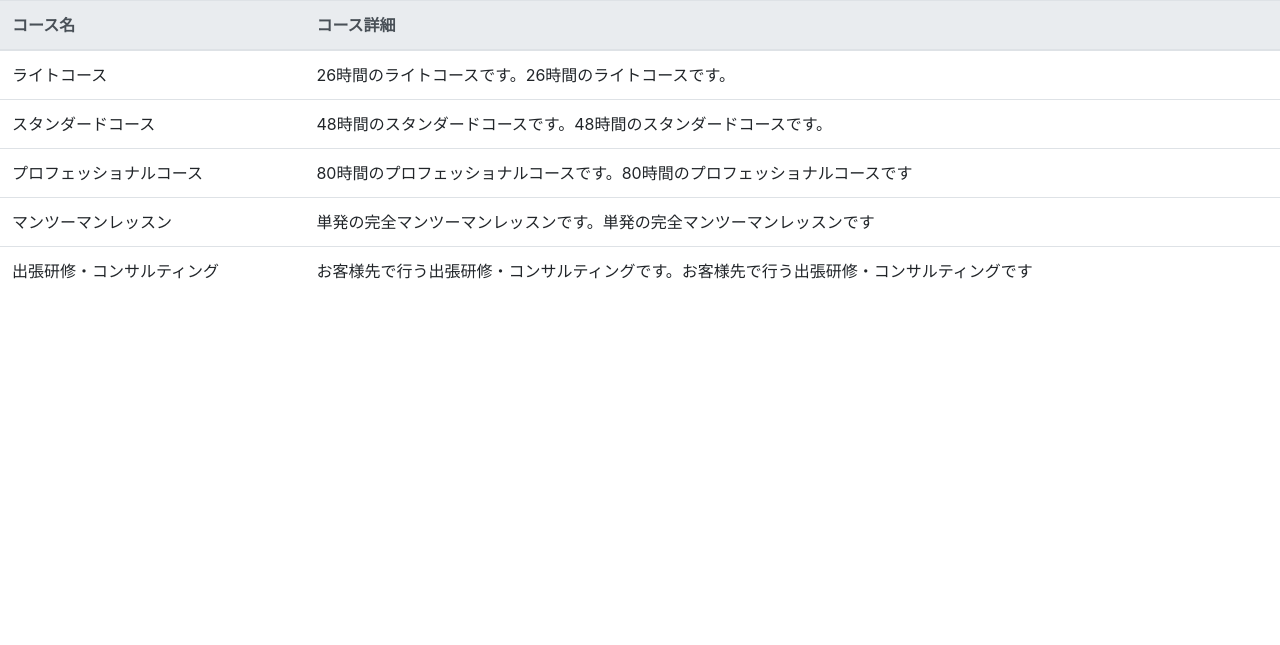
Repository: DaisukeSaito-SAI/bootstrap4_test
Page: index.html
The author's editor kept a record of every edit. The page is drawn from the files as they stood at one moment, then again after the next edit.
The browser window is 1280 px wide. The pictures show the whole page.

Above is the page before.

After the next edit:
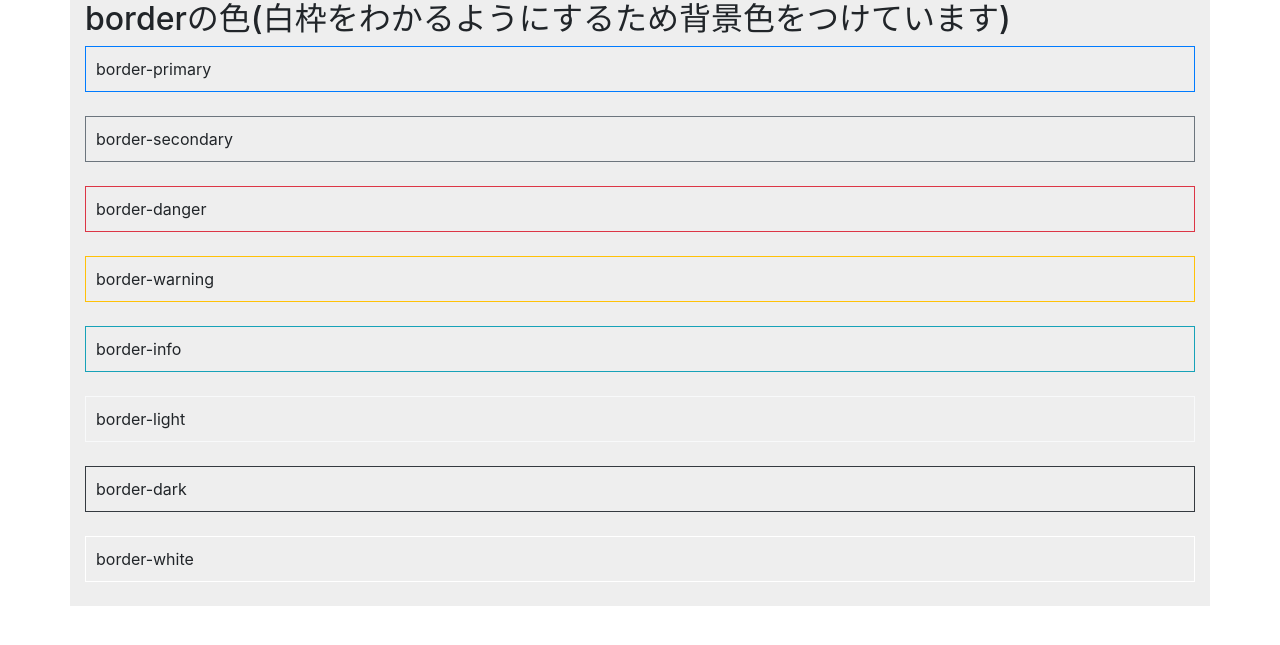
The edit:
--- a/index.html
+++ b/index.html
@@ -22,19 +22,26 @@
    </style>
  </head>
  <body>
-<table class="table">
-    <thead class="thead-light">
-      <tr>
-        <th>コース名</th>
-        <th>コース詳細</th>
-      </tr>
-    </thead>
-    <tbody>
-      <tr><td>ライトコース</td><td class="text-nowrap">26時間のライトコースです。26時間のライトコースです。</td></tr>
-      <tr><td>スタンダードコース</td><td>48時間のスタンダードコースです。48時間のスタンダードコースです。</td></tr>
-      <tr><td>プロフェッショナルコース</td><td>80時間のプロフェッショナルコースです。80時間のプロフェッショナルコースです</td></tr>
-      <tr><td>マンツーマンレッスン</td><td>単発の完全マンツーマンレッスンです。単発の完全マンツーマンレッスンです</td></tr>
-      <tr><td>出張研修・コンサルティング</td><td>お客様先で行う出張研修・コンサルティングです。お客様先で行う出張研修・コンサルティングです</td></tr>
-    </tbody>
-  </table>
+
+<div class="container" style="background:#eeeeee;">
+<h2>borderの色(白枠をわかるようにするため背景色をつけています)</h2>
+<div class="border border-primary" style="padding:10px;">border-primary</div>
+<br>
+<div class="border border-secondary" style="padding:10px;">border-secondary</div>
+<br>
+<div class="border border-danger" style="padding:10px;">border-danger</div>
+<br>
+<div class="border border-warning" style="padding:10px;">border-warning</div>
+<br>
+<div class="border border-info" style="padding:10px;">border-info</div>
+<br>
+<div class="border border-light" style="padding:10px;">border-light</div>
+<br>
+<div class="border border-dark" style="padding:10px;">border-dark</div>
+<br>
+<div class="border border-white" style="padding:10px;">border-white</div>
+<br>
+</div>
+
+  </body>
 </html>
